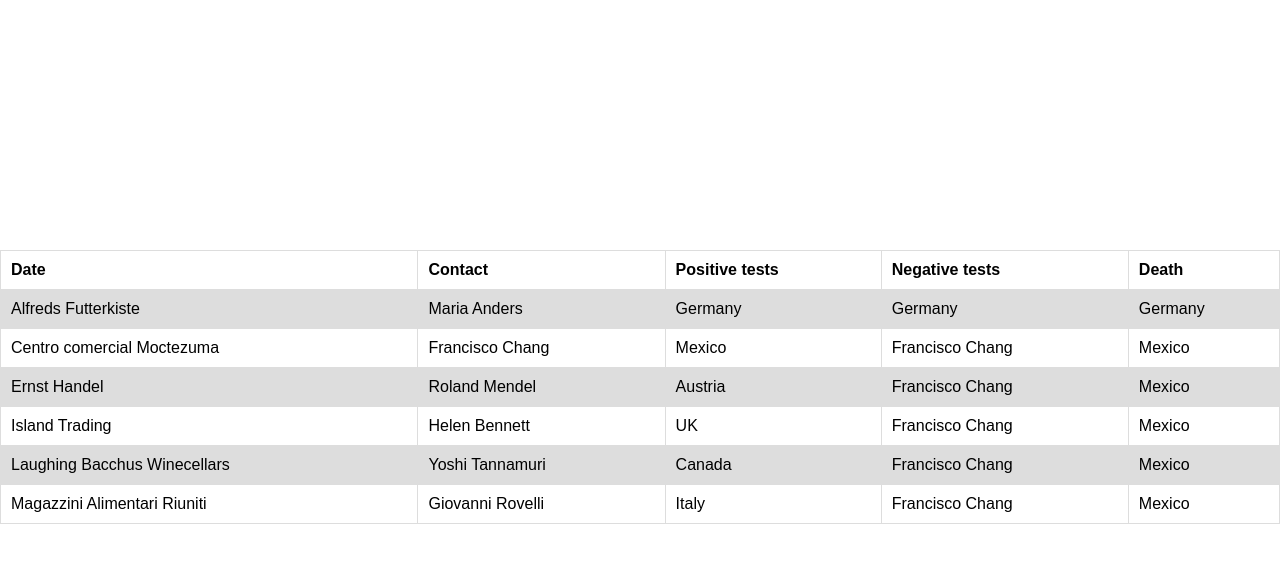
Repository: Seryozha02/ApiRequests
Page: index.html
The author's editor kept a copy of each file at every save. The page is drawn from the files as they stood at one save, then again after the next save.
The browser window is 1280 px wide. The pictures show the whole page.

Above is the page before, as saved 2022-09-22 21:22:13.

### index.html
<!DOCTYPE html>
<html lang="en">
<head>
    <meta charset="UTF-8">
    <meta http-equiv="X-UA-Compatible" content="IE=edge">
    <meta name="viewport" content="width=device-width, initial-scale=1.0">
    <title>Request's</title>
    <link rel="stylesheet" href="style.css">
</head>
<body>
    <table class="requests">
        <tr>
          <th>Date</th>
          <th>Contact</th>
          <th>Positive tests</th>
          <th>Negative tests</th>
          <th>Death</th>
        </tr>
        <tr>
          <td>Alfreds Futterkiste</td>
          <td>Maria Anders</td>
          <td>Germany</td>
          <td>Germany</td>
          <td>Germany</td>
        </tr>
        <tr>
          <td>Centro comercial Moctezuma</td>
          <td>Francisco Chang</td>
          <td>Mexico</td>
          <td>Francisco Chang</td>
          <td>Mexico</td>
        </tr>
        <tr>
          <td>Ernst Handel</td>
          <td>Roland Mendel</td>
          <td>Austria</td>
          <td>Francisco Chang</td>
          <td>Mexico</td>
        </tr>
        <tr>
          <td>Island Trading</td>
          <td>Helen Bennett</td>
          <td>UK</td>
          <td>Francisco Chang</td>
          <td>Mexico</td>
        </tr>
        <tr>
          <td>Laughing Bacchus Winecellars</td>
          <td>Yoshi Tannamuri</td>
          <td>Canada</td>
          <td>Francisco Chang</td>
          <td>Mexico</td>
        </tr>
        <tr>
          <td>Magazzini Alimentari Riuniti</td>
          <td>Giovanni Rovelli</td>
          <td>Italy</td>
          <td>Francisco Chang</td>
          <td>Mexico</td>
        </tr>
      </table>
</body>
<script src="script.js"></script>
</html>

### style.css
* {
        margin: 0;
        padding: 0;
        box-sizing: border-box;
}

.requests {
    font-family: arial, sans-serif;
    border-collapse: collapse;
    width: 100%;
    margin-top: 250px;
  }

  td, th {
    border: 1px solid #dddddd;
    text-align: left;
    padding: 10px;

  }

  tr:nth-child(even) {
    background-color: #dddddd;
  }

Loaded but not shown: script.js (no copy from this time; the picture is the same without it)

After the next save:
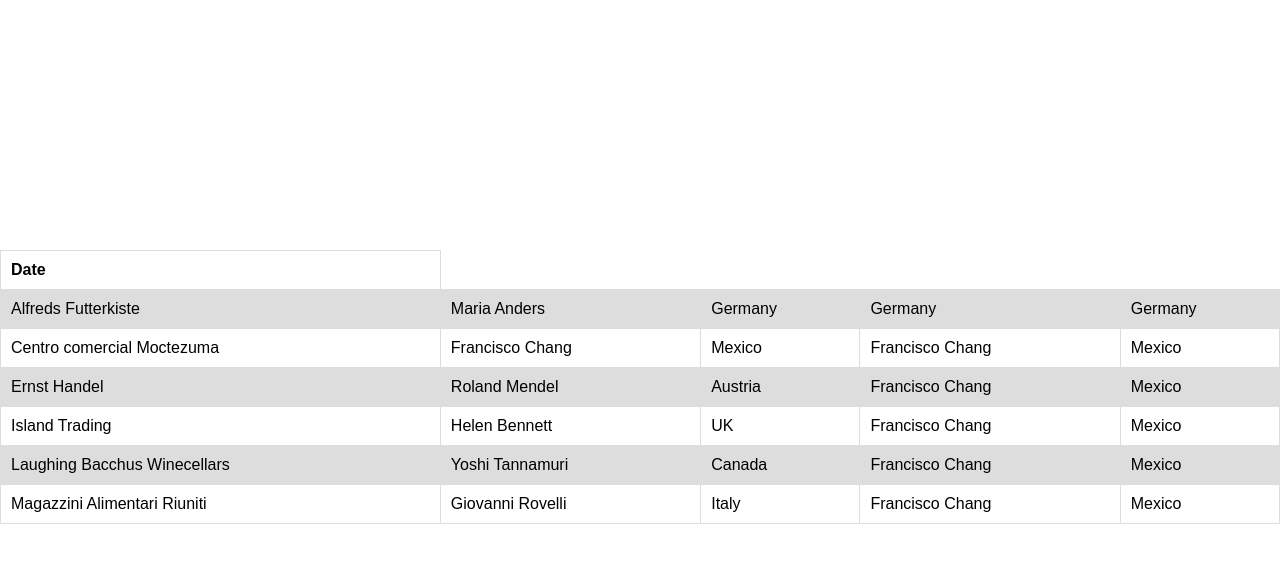
Saved 79 s later.
--- a/index.html
+++ b/index.html
@@ -11,10 +11,6 @@
     <table class="requests">
         <tr>
           <th>Date</th>
-          <th>Contact</th>
-          <th>Positive tests</th>
-          <th>Negative tests</th>
-          <th>Death</th>
         </tr>
         <tr>
           <td>Alfreds Futterkiste</td>
